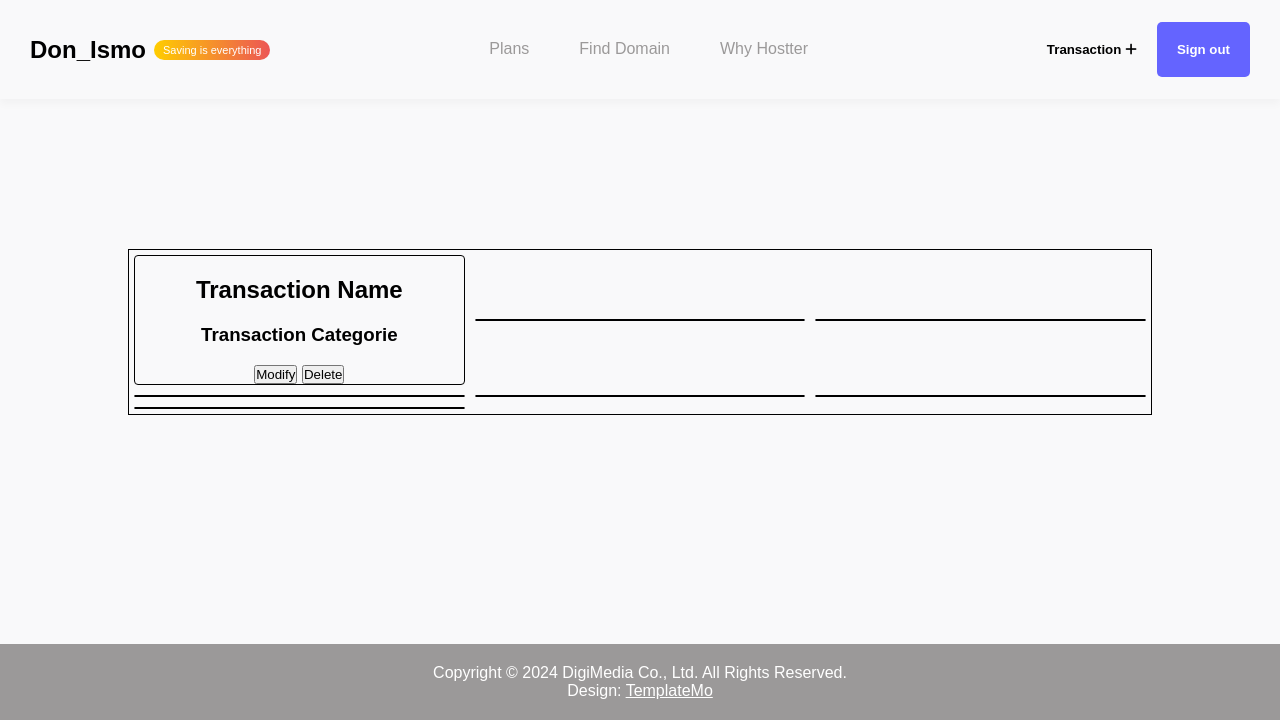
Repository: Ismail-ibr/pfa
Page: Dashboard/index.html
These files come from the project's save history. The page is drawn as it stood at one moment and after the next save; the edit follows.
The browser window is 1280 px wide. The pictures show the whole page.

Above is the page before, as saved 2024-05-16 22:58:27.
Console error: ReferenceError: closeButton is not defined

### Dashboard/index.html
<!DOCTYPE html>
<html lang="en">

<head>
    <meta charset="UTF-8">
    <meta name="viewport" content="width=device-width, initial-scale=1.0">
    <link rel="stylesheet" href="./style.css">
    <link rel="stylesheet" href="https://cdnjs.cloudflare.com/ajax/libs/font-awesome/6.5.2/css/all.min.css">
    <title>Document</title>
    <script defer src="./script.js"></script>
</head>

<body>

    <div class="main-div">
        <div class="nav">
            <div class="logo">
                <h2>Don_Ismo</h1>
                    <h4>Saving is everything</h4>
            </div>
            <div class="list">
                <ul>
                    <li><a href="#">Plans</a></li>
                    <li><a href="#">Find Domain</a></li>
                    <li><a href="#">Why Hostter</a></li>
                </ul>
            </div>
            <div class="nav-button">
                <h5 class="btn-1 open-button-2">Transaction<i class="fa-solid fa-plus"></i></h5>
                <h5 class="btn-2 open-button">Sign out</h5>
            </div>
            <div class="main_box2" id="modal2">
                <h2>Adding Transaction</h2>
                <form method="POST">
                    <div class="user_box2">
                        <input type="text" name="" required>
                        <label>Transaction Name</label>
                    </div>
                    <div class="user_box2">
                        <input type="text" name="" required>
                        <label>Transaction Categorie</label>
                    </div>
                    <div class="user_box2">
                        <input type="text" name="" required>
                        <label>Ma3raftch chno akhor</label>
                    </div>
                    <div class="button_form2">
                        <a href="#" id="submit">Ajouter</a>
                    </div>
                </form>
            </div>
            <div id="over"></div>

            <div class="main_box" id="modal">
                <h2>Sign out</h2>
                <div class="user_box">
                    <h3>Are you sure you want to disconnect?</h3>
                </div>
                <div class="buttons_Sign_out">
                    <div class="button_form">
                        <a href="#" id="cancel">Cancel</a>
                    </div>
                    <div class="button_form">
                        <a href="#" id="submit">Disconnect</a>
                    </div>
                </div>
            </div>
            <div id="over"></div>
        </div>
        <div class="main-content">
            <div class="transaction">
                <div class="transac">
                    <h2>Transaction Name</h2>
                    <h3>Transaction Categorie</h3>
                    <div class="buttons-transctions">
                        <button class="modifier">Modify</button>
                        <button class="supprimer">Delete</button>
                    </div>
                </div>
                <div class="transac"></div>
                <div class="transac"></div>
                <div class="transac"></div>
                <div class="transac"></div>
                <div class="transac"></div>
                <div class="transac"></div>
            </div>
        </div>
        <footer>
            <div class="container">
                <div class="row">
                    <div class="col-lg-12">
                        <p>Copyright © 2024 DigiMedia Co., Ltd. All Rights Reserved.
                            <br>Design: <a href="https://templatemo.com" target="_parent"
                                title="free css templates">TemplateMo</a>
                        </p>
                    </div>
                </div>
            </div>
        </footer>
    </div>

</body>

</html>

### Dashboard/style.css
* {
  padding: 0;
  color: rgb(0, 0, 0);
  font-family: "Poppins", sans-serif;
  box-sizing: border-box;
}

body {
  background-color: #f9f9fa;
  margin: 0;
  padding: 0;
}

/*--         Design of the form Sign Up         --*/

.main_box {
  display: none;
}

.main_box,
.main_box2 {
  color: f2f4f9;
  position: fixed;
  top: 50%;
  left: 50%;
  transform: translate(-50%, -50%) scale(0);
  display: flex;
  flex-direction: column;
  align-items: center;
  justify-content: center;
  z-index: 10;
  transition: 200ms ease-in-out;
  width: 400px;
  padding: 40px;
  /* transform: translate(-50%, -50%); */
  background-color: whitesmoke;
  box-shadow: 0px 0px 10px white;
  border-radius: 10px;
}
.main_box h2,
.main_box2 h2 {
  font-family: "Poppins", sans-serif;
  font-size: 40px;
  margin: 0 0 30px;
  padding: 0;
  text-align: center;
  cursor: pointer;
}

.main_box2 .user_box2 input {
  position: relative;
  width: 100%;
  padding: 10px;
  font-size: 16px;
  margin-bottom: 30px;
  border: none;
  outline: none;
  border-bottom: black solid 2px;
  background-color: transparent;
}

.main_box2 .user_box2 label {
  position: relative;
  left: 0;
  top: -60px;
  padding: 10px 0;
  pointer-events: none;
  transition: 0.5s;
}

.main_box2 .user_box2 :focus ~ label,
.main_box2 .user_box2 :valid ~ label {
  top: -85px;
  font-size: 13px;
  left: 0;
}
.button_form,
.button_form2 {
  display: flex;
  flex-direction: row;
  justify-content: end;
  align-content: center;
}

.button_form :first-child,
.button_form2 :first-child {
  text-decoration: none;
  color: black;
  padding: 20px 30px;
  border: 2px solid black;
}
.button_form :first-child:hover,
.button_form2 :first-child:hover {
  background-color: black;
  color: white;
  transition: 0.5s;
}

.main_box.active,
.main_box2.active {
  transform: translate(-50%, -50%) scale(1);
}

.main_box h3 {
  text-align: center;
}

#over {
  position: fixed;
  top: 0;
  left: 0;
  bottom: 0;
  right: 0;
  background-color: hsl(0, 0%, 0%, 0.5);
  opacity: 0;
  pointer-events: none;
  transition: 200ms ease-in-out;
}

#over.active {
  pointer-events: all;
  opacity: 1;
}

.nav {
  display: flex;
  padding: 0 30px;
  justify-content: space-between;
  align-items: center;
  box-shadow: 0px 5px 8px rgba(0, 0, 0, 0.03);
}

.logo {
  display: flex;
  justify-content: center;
  align-items: center;
}

.logo h4 {
  color: white;
  background: linear-gradient(
    90deg,
    rgba(255, 205, 0, 1) 0%,
    rgba(236, 84, 84, 0.9921218487394958) 100%
  );
  font-size: 11px;
  padding: 4px 9px;
  margin-left: 8px;
  border-radius: 50px;
  cursor: pointer;
  font-weight: 100;
}

.list ul {
  display: flex;
  list-style: none;
  align-items: center;
  justify-content: center;
}

.list li {
  margin: 0px 25px;
}

.list a {
  text-decoration: none;
  color: rgb(155, 153, 153);
}

.list a::after {
  content: "";
  display: block;
  width: 0%;
  height: 2px;
  background-color: rgb(155, 153, 153);
  transition: 0.4s;
}

.list a:hover::after {
  content: "";
  width: 100%;
  display: block;
  height: 2px;
  background: rgb(155, 153, 153);
  transition: 0.4s;
}

.nav-button {
  display: flex;
  align-items: center;
  justify-content: center;
}

.nav-button h5 {
  cursor: pointer;
}

.btn-1 {
  margin: 0px 20px;
  color: black;
}

.btn-1 i {
  margin-left: 4px;
}

.btn-2 {
  color: white;
  padding: 20px;
  background: rgb(100, 100, 255);
  border-radius: 5px;
}

.main-content {
  display: flex;
  justify-content: center;
  align-items: center;
  padding: 150px 0 80px;
  text-align: center;
}

.main-div {
  height: 100vh;
  margin: 0px;
  position: relative;
}

.buttons_Sign_out {
  display: flex;
  flex-direction: row;
  align-items: center;
  justify-content: space-between;
}

.transaction {
  width: 80vw;
  height: auto;
  border: 1px solid black;
  display: flex;
  flex-wrap: wrap;
  align-items: center;
}

.transaction .transac {
  flex: 0 1 calc(33.33% - 10px);
  border: 1px solid black;
  border-radius: 4px;
  height: auto;
  margin: 5px;
}

/*---------------footer-----------------*/
footer {
  background: rgb(155, 153, 153);
  margin-top: 100px;
  padding: 5px 0px;
  position: absolute;
  bottom: 0;
  width: 100vw;
}

footer p {
  text-align: center;
  margin: 15px 0px;
  color: #fff;
}

footer p a {
  color: #fff;
  transition: all 0.5s;
}
/*---------------footer-----------------*/

### Dashboard/script.js
const openButton = document.querySelector(" .open-button");
const openButton2 = document.querySelector(" .open-button-2");

const over = document.getElementById("over");
const modal = document.querySelector(" .main_box");
const modal2 = document.querySelector(" .main_box2");

const button_close = document.getElementById("cancel");

openButton.addEventListener("click", () => {
  openModal(modal);
});

openButton2.addEventListener("click", () => {
  openModal(modal2);
});

function openModal(modalElement) {
  if (modalElement == null) return;
  modalElement.classList.add("active");
  over.classList.add("active");
}

over.addEventListener("click", () => {
  closeModal();
});

button_close.addEventListener("click", () => {
  closeModal();
});

closeButton.addEventListener("click", () => {
  closeModal();
});

function closeModal() {
  if (modal == null) return;
  modal.classList.remove("active");
  modal2.classList.remove("active");
  over.classList.remove("active");
}

After the next save:
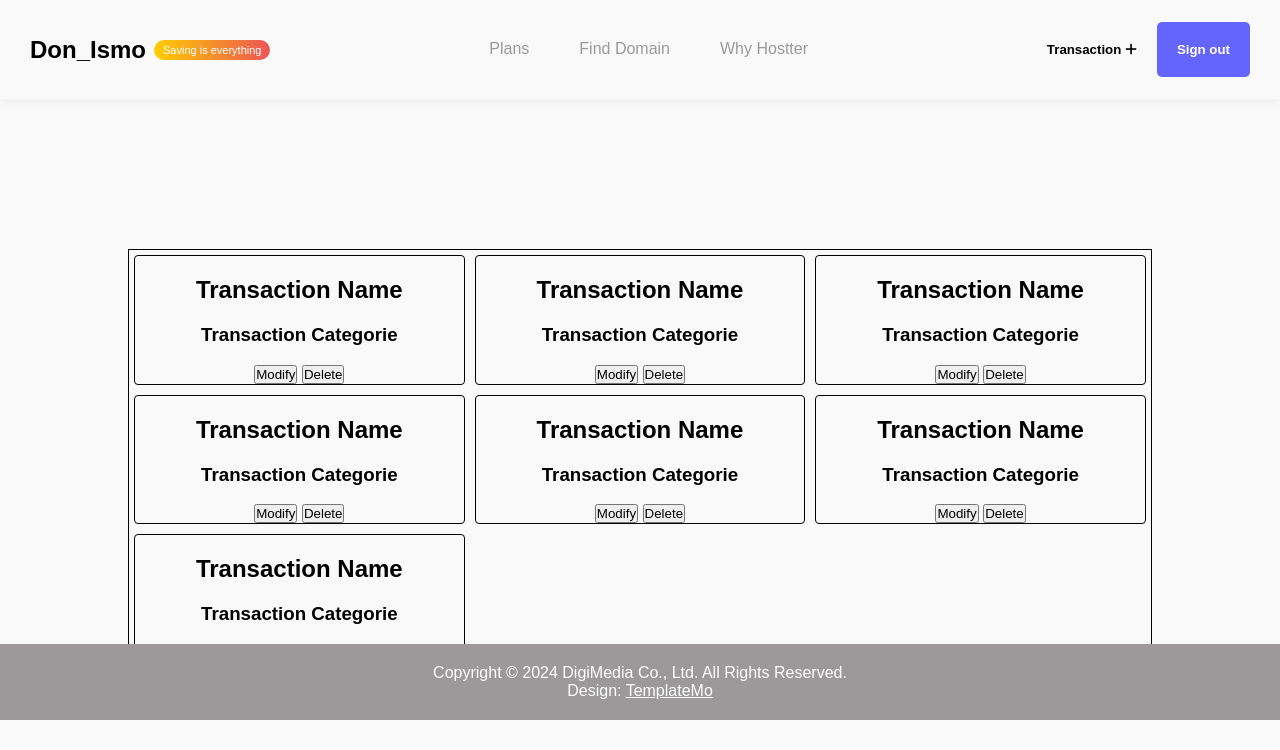
Saved 16 s later.
--- a/Dashboard/index.html
+++ b/Dashboard/index.html
@@ -77,12 +77,54 @@
                         <button class="supprimer">Delete</button>
                     </div>
                 </div>
-                <div class="transac"></div>
-                <div class="transac"></div>
-                <div class="transac"></div>
-                <div class="transac"></div>
-                <div class="transac"></div>
-                <div class="transac"></div>
+                <div class="transac">
+                    <h2>Transaction Name</h2>
+                    <h3>Transaction Categorie</h3>
+                    <div class="buttons-transctions">
+                        <button class="modifier">Modify</button>
+                        <button class="supprimer">Delete</button>
+                    </div>
+                </div>
+                <div class="transac">
+                    <h2>Transaction Name</h2>
+                    <h3>Transaction Categorie</h3>
+                    <div class="buttons-transctions">
+                        <button class="modifier">Modify</button>
+                        <button class="supprimer">Delete</button>
+                    </div>
+                </div>
+                <div class="transac">
+                    <h2>Transaction Name</h2>
+                    <h3>Transaction Categorie</h3>
+                    <div class="buttons-transctions">
+                        <button class="modifier">Modify</button>
+                        <button class="supprimer">Delete</button>
+                    </div>
+                </div>
+                <div class="transac">
+                    <h2>Transaction Name</h2>
+                    <h3>Transaction Categorie</h3>
+                    <div class="buttons-transctions">
+                        <button class="modifier">Modify</button>
+                        <button class="supprimer">Delete</button>
+                    </div>
+                </div>
+                <div class="transac">
+                    <h2>Transaction Name</h2>
+                    <h3>Transaction Categorie</h3>
+                    <div class="buttons-transctions">
+                        <button class="modifier">Modify</button>
+                        <button class="supprimer">Delete</button>
+                    </div>
+                </div>
+                <div class="transac">
+                    <h2>Transaction Name</h2>
+                    <h3>Transaction Categorie</h3>
+                    <div class="buttons-transctions">
+                        <button class="modifier">Modify</button>
+                        <button class="supprimer">Delete</button>
+                    </div>
+                </div>
             </div>
         </div>
         <footer>
